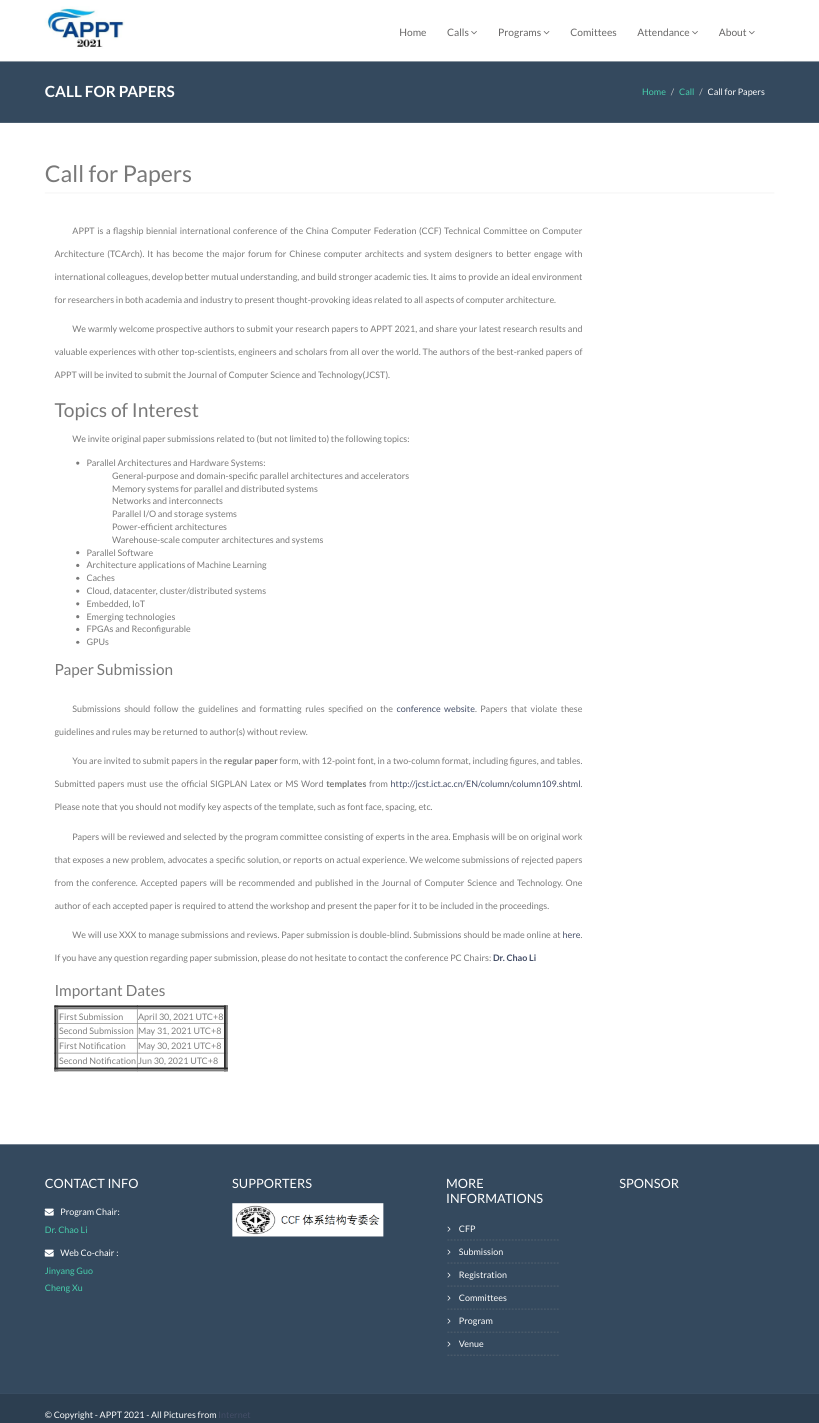
Repository: APPT2021/APPT2021.github.io
Page: call-papers.html
These files come from the project's save history. The page is drawn as it stood at one moment and after the next save; the edit follows.
The browser window is 1280 px wide. The pictures show the whole page, at 64% of full size.

Above is the page before, as saved 2021-03-25 00:31:24.
Console error: ReferenceError: jQuery is not defined

After the next save:
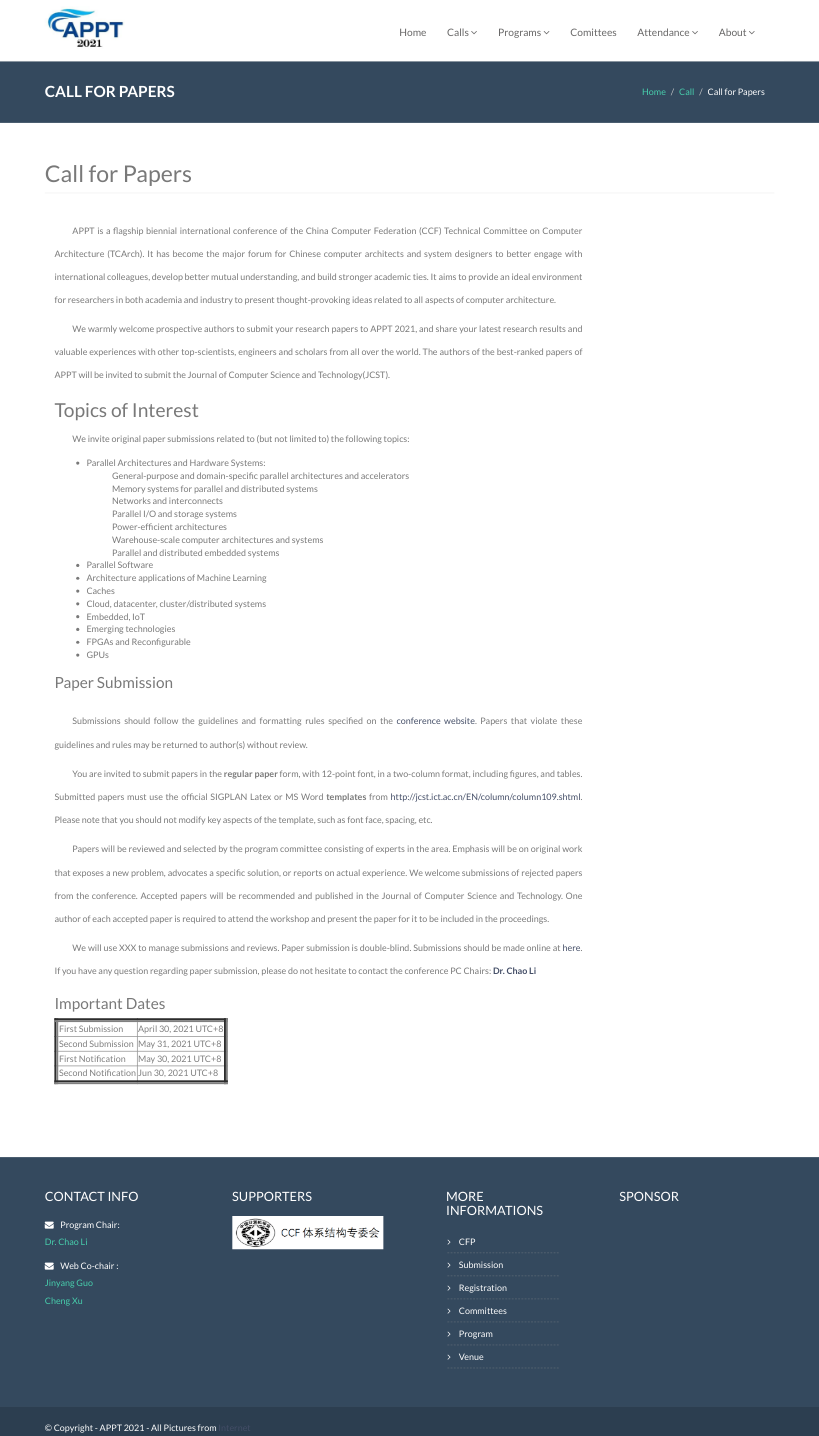
Saved 6 s later.
--- a/call-papers.html
+++ b/call-papers.html
@@ -97,7 +97,7 @@
 				<ul>Parallel I/O and storage systems</ul>
 				<ul>Power-efficient architectures</ul>
 				<ul>Warehouse-scale computer architectures and systems</ul>
-				<ul></ul>
+				<ul>Parallel and distributed embedded systems</ul>
 				</ol>
 			</li>
 			<li style=" text-align: justify;">
